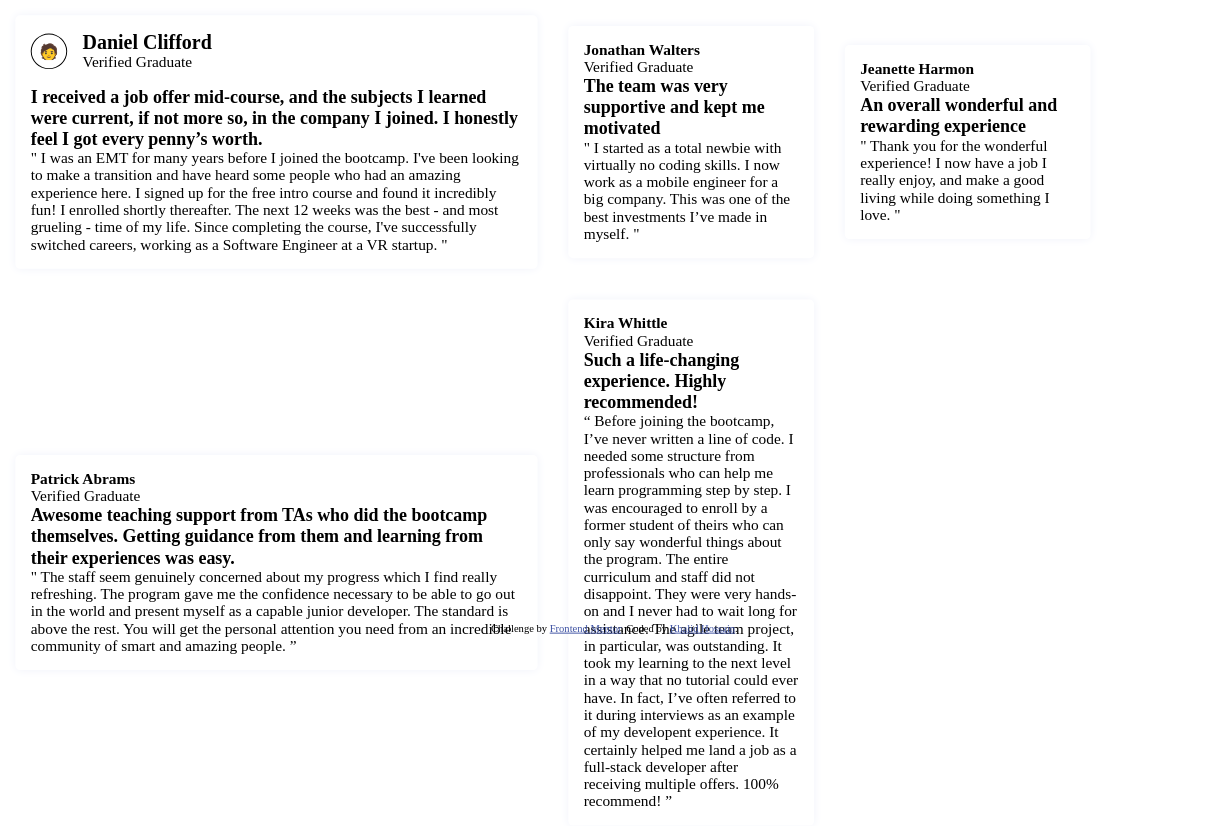
Repository: badhon252/Testimonials-Grid-Section
Page: index.html
The author's editor kept a copy of each file at every save. The page is drawn from the files as they stood at one save, then again after the next save.
The browser window is 1280 px wide. The pictures show the whole page, at 96% of full size.

Above is the page before, as saved 2023-02-18 15:58:03.

### index.html
<!DOCTYPE html>
<html lang="en">

<head>
    <meta charset="UTF-8">
    <meta name="viewport" content="width=device-width, initial-scale=1.0">
    <!-- displays site properly based on user's device -->

    <link rel="icon" type="image/png" sizes="32x32" href="./images/favicon-32x32.png">
    <link rel="stylesheet" href="./css/style.css">
    <title>Frontend Mentor | [Challenge Name Here]</title>

</head>

<body>

    <div class="container">
        <div class="box box1">
            <div class="heading">
                <div class="img-fluid">🧑</div>
                <div>
                    <h1 class="name">Daniel Clifford</h1>
                    <p>Verified Graduate</p>
                </div>
            </div>

            <h3>I received a job offer mid-course, and the subjects I learned were current, if not more so, in the company I joined. I honestly feel I got every penny’s worth.</h3>
            <p>" I was an EMT for many years before I joined the bootcamp. I've been looking to make a transition and have heard some people who had an amazing experience here. I signed up for the free intro course and found it incredibly fun! I enrolled
                shortly thereafter. The next 12 weeks was the best - and most grueling - time of my life. Since completing the course, I've successfully switched careers, working as a Software Engineer at a VR startup. "</p>
        </div>
        <div class="box box2">
            <h4>Jonathan Walters</h4>
            <p>Verified Graduate</p>
            <h3>The team was very supportive and kept me motivated</h3>
            <p>" I started as a total newbie with virtually no coding skills. I now work as a mobile engineer for a big company. This was one of the best investments I’ve made in myself. "</p>
        </div>
        <div class="box box3">
            <h4>Jeanette Harmon</h4>
            <p>Verified Graduate</p>
            <h3>An overall wonderful and rewarding experience</h3>
            <p>" Thank you for the wonderful experience! I now have a job I really enjoy, and make a good living while doing something I love. "</p>
        </div>
        <div class="box box4">
            <h4>Patrick Abrams</h4>
            <p>Verified Graduate</p>
            <h3>Awesome teaching support from TAs who did the bootcamp themselves. Getting guidance from them and learning from their experiences was easy.</h3>
            <p>" The staff seem genuinely concerned about my progress which I find really refreshing. The program gave me the confidence necessary to be able to go out in the world and present myself as a capable junior developer. The standard is above the
                rest. You will get the personal attention you need from an incredible community of smart and amazing people. ”
            </p>
        </div>
        <div class="box box5">
            <h4>Kira Whittle</h4>
            <p>Verified Graduate</p>
            <h3>Such a life-changing experience. Highly recommended!</h3>
            <p>“ Before joining the bootcamp, I’ve never written a line of code. I needed some structure from professionals who can help me learn programming step by step. I was encouraged to enroll by a former student of theirs who can only say wonderful
                things about the program. The entire curriculum and staff did not disappoint. They were very hands-on and I never had to wait long for assistance. The agile team project, in particular, was outstanding. It took my learning to the next
                level in a way that no tutorial could ever have. In fact, I’ve often referred to it during interviews as an example of my developent experience. It certainly helped me land a job as a full-stack developer after receiving multiple offers.
                100% recommend! ”</p>
        </div>
    </div>



    <div class="attribution">
        Challenge by <a href="https://www.badhon252.me" target="_blank">Frontend Mentor</a>. Coded by <a href="#">Khalid
      Hossain</a>.
    </div>
</body>

</html>

### css/style.css
* {
    margin: 0;
    padding: 0;
    box-sizing: border-box;
}

body {
    height: 100vh;
}

.name {
    font-size: 1.3em;
}

.container {
    max-height: 90%;
    max-width: 90%;
    display: grid;
    place-items: center;
    grid-template-columns: 2fr 1fr 1fr;
    grid-template-rows: 1fr 2fr 1fr;
    /* grid-template-areas: 'box1 box1 box2 box3' 'box4 box5 box5 box3'; */
}

.heading {
    display: flex;
    align-items: center;
    padding: 0 0 1rem 0;
}

.img-fluid {
    padding: .5em;
    border: 1px solid black;
    border-radius: 50%;
    margin-right: 1rem;
}

.box {
    border-radius: 5px;
    padding: 1rem;
    margin: 1rem;
    box-shadow: 0 0 10px 0 hsl(227, 47%, 96%);
}

.attribution {
    font-size: 11px;
    text-align: center;
}

.attribution a {
    color: hsl(228, 45%, 44%);
}

After the next save:
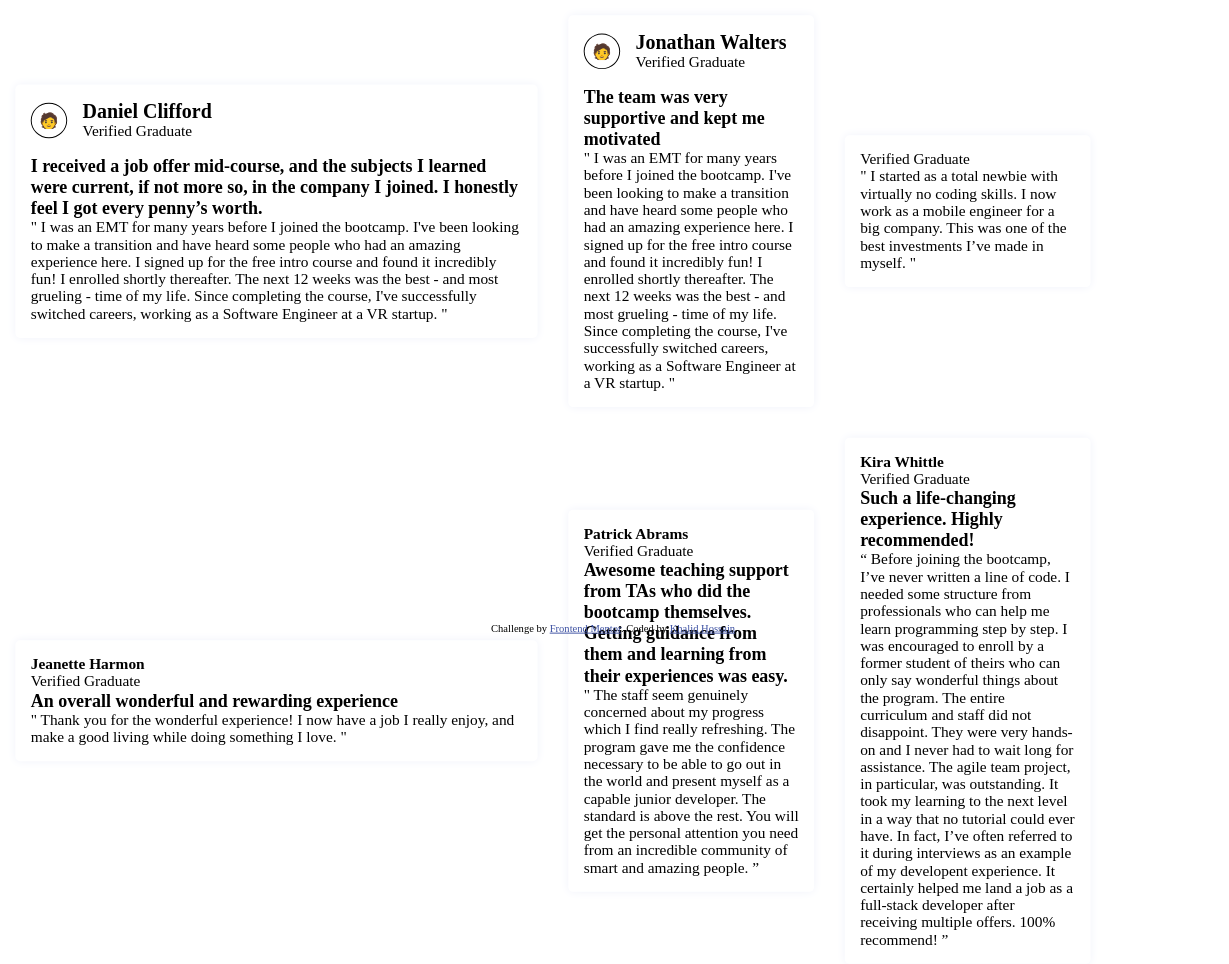
Saved 56 s later.
--- a/index.html
+++ b/index.html
@@ -15,6 +15,7 @@
 <body>
 
     <div class="container">
+
         <div class="box box1">
             <div class="heading">
                 <div class="img-fluid">🧑</div>
@@ -28,10 +29,26 @@
             <p>" I was an EMT for many years before I joined the bootcamp. I've been looking to make a transition and have heard some people who had an amazing experience here. I signed up for the free intro course and found it incredibly fun! I enrolled
                 shortly thereafter. The next 12 weeks was the best - and most grueling - time of my life. Since completing the course, I've successfully switched careers, working as a Software Engineer at a VR startup. "</p>
         </div>
+
+        <div class="box box1">
+            <div class="heading">
+                <div class="img-fluid">🧑</div>
+                <div>
+                    <h1 class="name">Jonathan Walters</h1>
+                    <p>Verified Graduate</p>
+                </div>
+            </div>
+
+            <h3>The team was very supportive and kept me motivated</h3>
+            <p>" I was an EMT for many years before I joined the bootcamp. I've been looking to make a transition and have heard some people who had an amazing experience here. I signed up for the free intro course and found it incredibly fun! I enrolled
+                shortly thereafter. The next 12 weeks was the best - and most grueling - time of my life. Since completing the course, I've successfully switched careers, working as a Software Engineer at a VR startup. "</p>
+        </div>
+
+
         <div class="box box2">
-            <h4>Jonathan Walters</h4>
+            <h4></h4>
             <p>Verified Graduate</p>
-            <h3>The team was very supportive and kept me motivated</h3>
+            <h3></h3>
             <p>" I started as a total newbie with virtually no coding skills. I now work as a mobile engineer for a big company. This was one of the best investments I’ve made in myself. "</p>
         </div>
         <div class="box box3">
